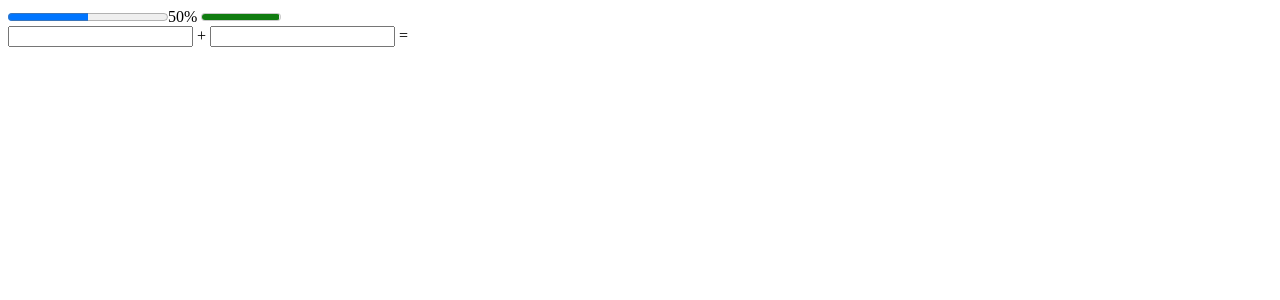
Repository: WKYQAQ/LX
Page: day03_form.html
These files come from the project's save history. The page is drawn as it stood at one moment and after the next save; the edit follows.
The browser window is 1280 px wide. The pictures show the whole page.

Above is the page before, as saved 2020-07-23 09:50:08.

After the next save:
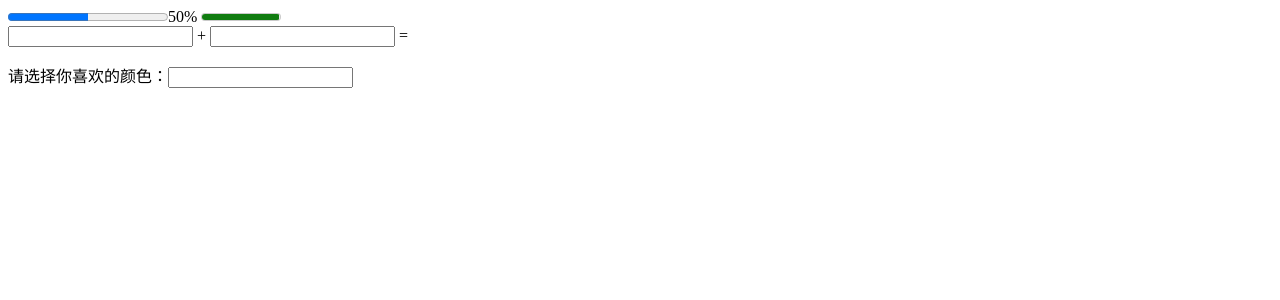
Saved 5 min 17 s later.
--- a/day03_form.html
+++ b/day03_form.html
@@ -28,5 +28,12 @@
         <input type="number"name="n2"/> =
         <output name="res"></output>
     </form>
+    <p>请选择你喜欢的颜色：<input type="text" list="color"/></p>
+    <datalist id="color">
+        <option value="红色"></option>
+        <option value="黄色"></option>
+        <option value="蓝色"></option>
+        <option value="绿色"></option>
+    </datalist>
 </body>
 </html>
